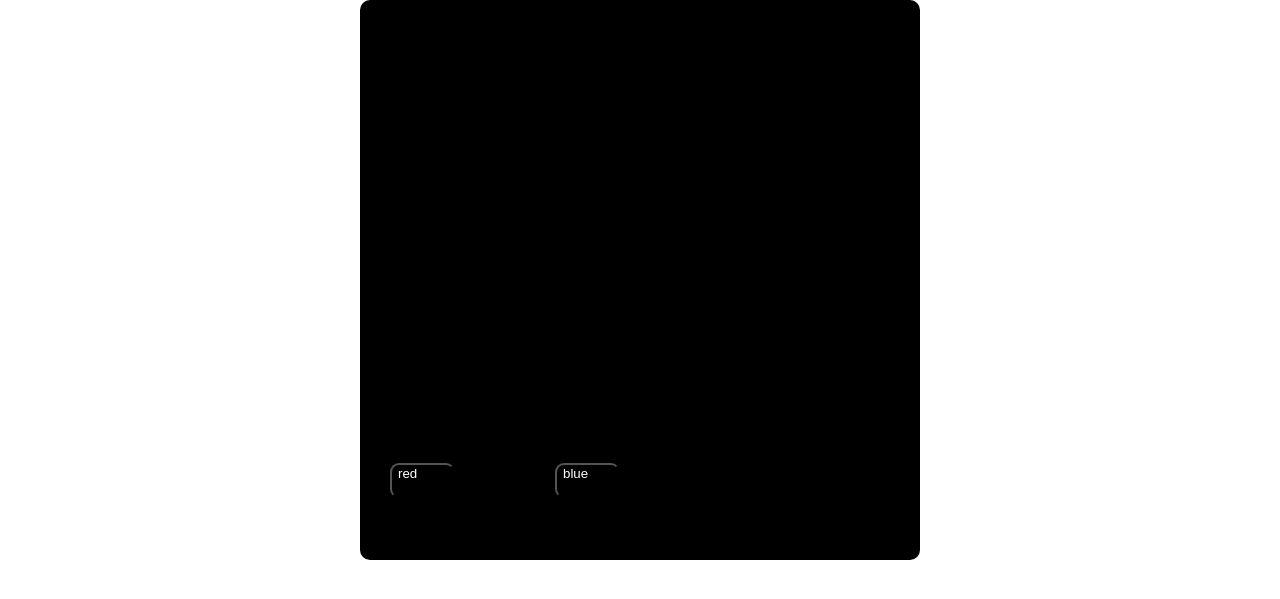
Repository: iliailia12/Individual-lessons
Page: Day 99/Classwork/index.html
These files come from the project's save history. The page is drawn as it stood at one moment and after a run of saves; the edit follows.
The browser window is 1280 px wide. The pictures show the whole page.

Above is the page before, as saved 2026-06-06 04:39:13.

After the next 6 saves:
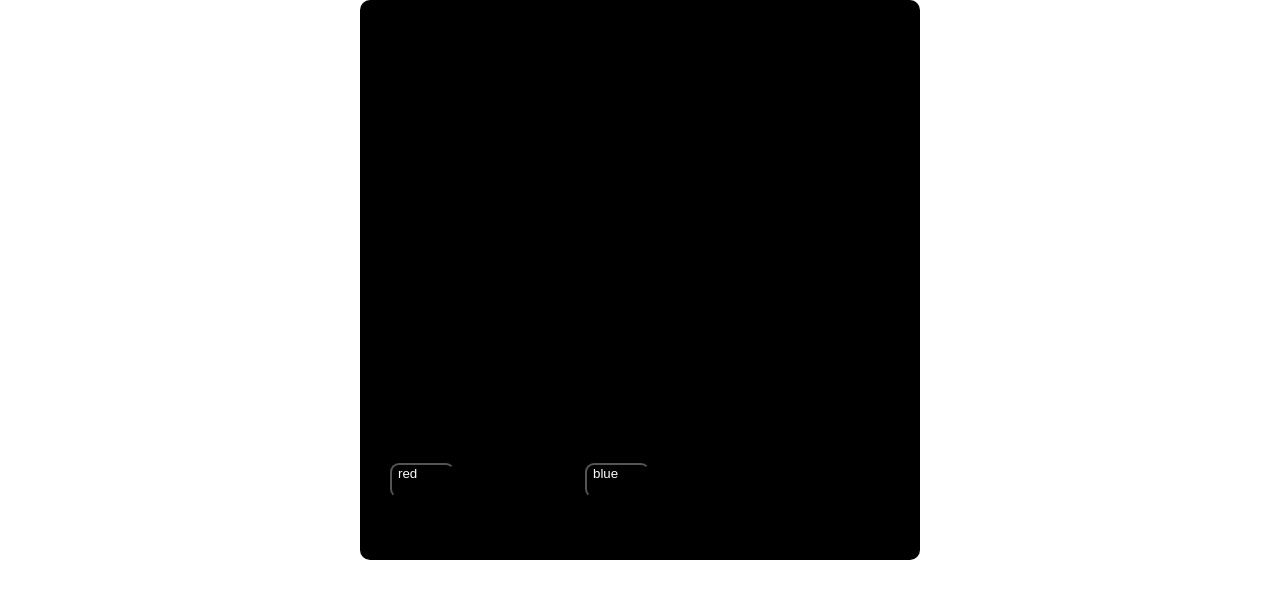
The 6 saves are shown as one change because they came seconds apart.
The last was saved 15 s later.
--- a/Day 99/Classwork/style.css
+++ b/Day 99/Classwork/style.css
@@ -30,5 +30,6 @@
     background-color: black;
     color: white;
     box-shadow: black;
-    margin: ry;
+    margin-right: 30px;
+    margin-right: 30px;
 }
